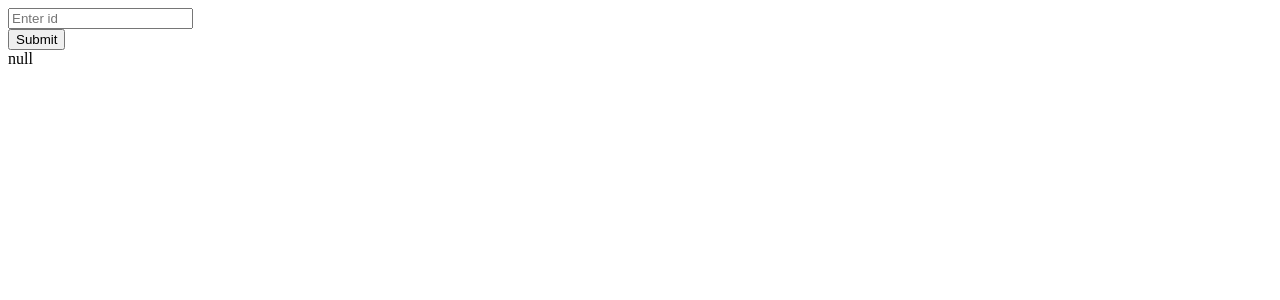
Repository: yashmodi2429/Programs
Page: http://localhost/Employee/deleteemployee.jsp
The author's editor kept a copy of each file at every save. The page is drawn from the files as they stood at one save, then again after the next save.
The browser window is 1280 px wide. The pictures show the whole page.
The page is served by Tomcat 9.

Above is the page before, as saved 2019-02-22 11:50:10.

After the next save:
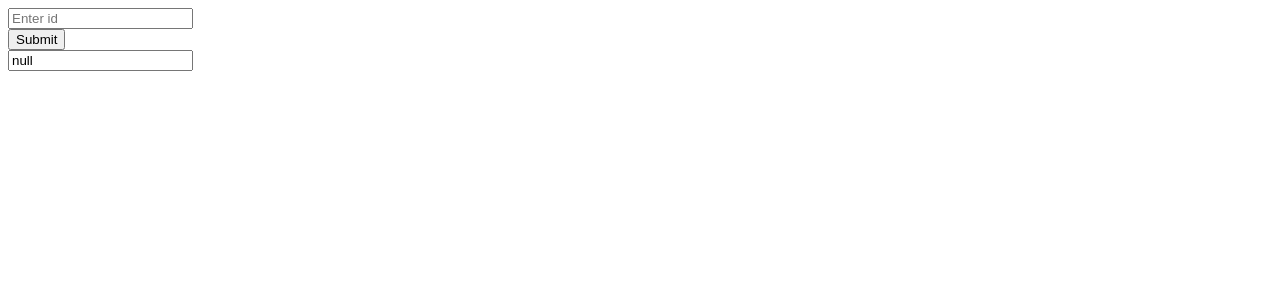
Saved 51 s later.
--- a/Employee/WebContent/deleteemployee.jsp
+++ b/Employee/WebContent/deleteemployee.jsp
@@ -11,6 +11,6 @@
 	<input type="text" name="delete_id" placeholder="Enter id"/> <br>
 	<input type="submit"/>
 </form>
-<%= session.getAttribute("name") %>
+<input type="text" value="<%= session.getAttribute("name") %>" />
 </body>
 </html>
